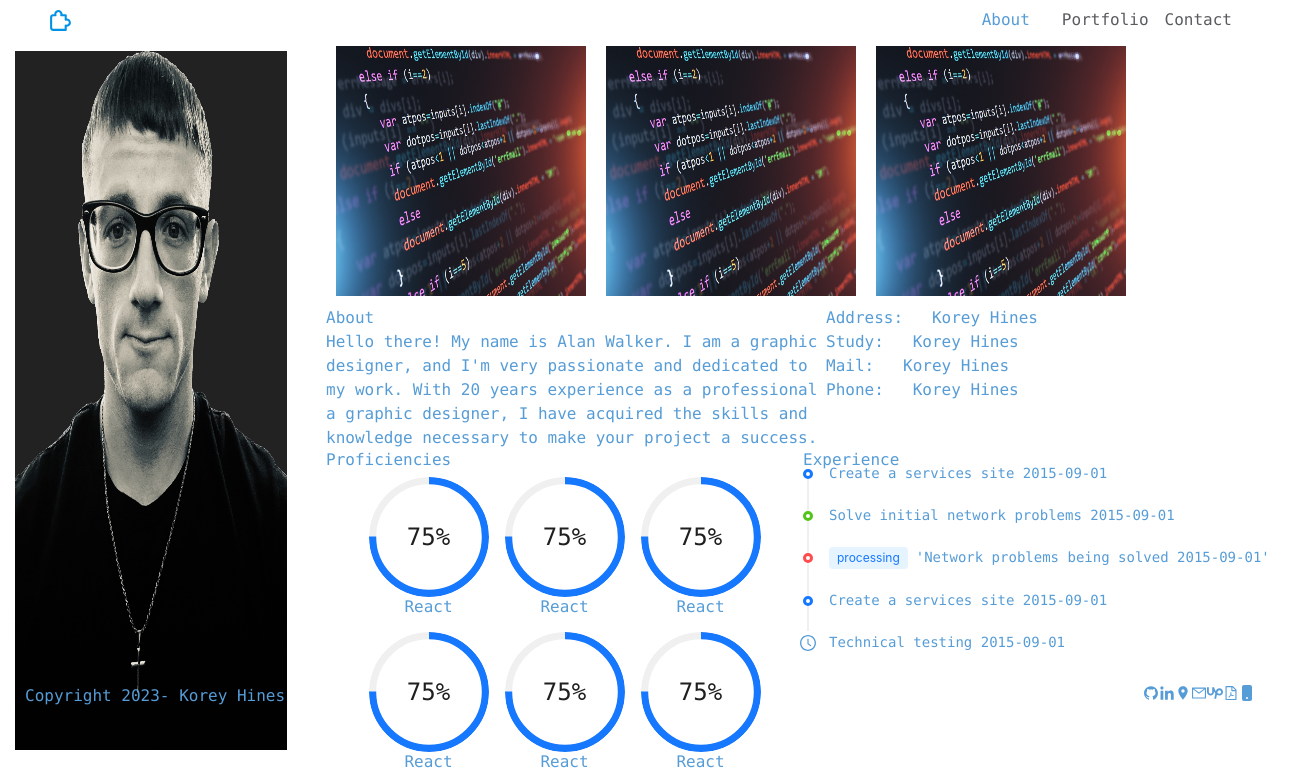
Repository: devkthines/next-portfolio-v2
Page: /about
These files come from the project's save history. The page is drawn as it stood at one moment and after a run of saves; the edit follows.
The browser window is 1280 px wide. The page is 1292 px wide, so the pictures cover 1292 px, including what lies to the right of the window. The pictures show the whole page.
The project was rebuilt for these pictures with package versions that can differ from the ones it lists, and the page was loaded fresh each time. The framework's server and built-in components were replaced by stand-ins that run in the browser. Also part of the build but not shown: next.config.js.

Above is the page before, as saved 2023-09-25 22:34:18.

### src/app/layout.tsx
import 'bootstrap/dist/css/bootstrap.css';
import './globals.css'
import '../../css/style.css'
import '../../css/mobile.css'
import type { Metadata } from 'next'
import { Inter } from 'next/font/google'
import TopNav from './components/topNav'
import Footer from './components/footer'
import BottomNav from './components/bottomNav'
// Put any other imports below so that CSS from your
// components takes precedence over default styles.
const inter = Inter({ subsets: ['latin'] })

export const metadata: Metadata = {
  title: "&lt;Korey ❤️ Coding/&gt;",
  description: 'Generated by create next app',
  icons: '/puzzle-piece.svg'
}

export default function RootLayout({
  children,
}: {
  children: React.ReactNode
}) {
  return (
    <html lang="en">
      <head>
        <link rel="shortcut icon" href="/puzzle-piece.svg" type="image/x-icon" />
      </head>
      <body className={inter.className}>
        <TopNav />
        {children}
        <Footer />
        <BottomNav />
      </body>
    </html>
  )
}

### src/app/about/page.js
'use client'
import Container from 'react-bootstrap/Container';
import Row from 'react-bootstrap/Row';
import Col from 'react-bootstrap/Col';
import Button from 'react-bootstrap/Button';
import Card from 'react-bootstrap/Card';
import { Progress, Space } from 'antd';
import { ClockCircleOutlined } from '@ant-design/icons';
import { Timeline } from 'antd';
import Image from 'next/image';
import { Descriptions } from 'antd';
import { Divider, Tag } from 'antd'
import { CaretRightOutlined } from '@ant-design/icons'
const items = [
  {
    key: '1',
    label: 'Name',
    children: 'Zhou Maomao',
  },
  {
    key: '2',
    label: 'Telephone',
    children: '209-366-9363',
  },
  {
    key: '3',
    label: 'Study',
    children: 'Software Engineering',
  },
  {
    key: '4',
    label: 'email',
    children: 'dev.kthines@gmail.com',
  },
  {
    key: '5',
    label: 'Address',
    children: 'Lodi, CA',
  },
];




export default function About() {

  return (
    <div id='about'>

      <Row>

        <Col xs={3} id='firstCol' className='d-flex align-items center justify-content-center'>
          <img variant="top" id='aboutImg' src='/images/IMG-update.jpg' /> </Col>
        <Col xs={9}>
          <div>
            <div id='aboutImgs' className='d-flex'>
              <img className='aboutImgs' src="/images/webstorm-vs-vscode.jpeg" alt="" />
              <img className='aboutImgs' src="/images/webstorm-vs-vscode.jpeg" alt="" />
              <img className='aboutImgs' src="/images/webstorm-vs-vscode.jpeg" alt="" />
            </div>
            <div className='d-flex'>
              <div id='abouttext'>
                <span className='spanabout'>About</span>
                <p>Hello there! My name is Alan Walker. I am
                  a graphic designer, and I'm very passionate and dedicated to my work.
                  With 20 years experience as a professional a graphic designer,
                  I have acquired the skills and knowledge necessary to make your project a success.</p>
              </div>
                <ul>
                <li>Address: &nbsp;  Korey Hines</li>
                <li>Study: &nbsp;  Korey Hines</li>
                <li>Mail: &nbsp;  Korey Hines</li>
                <li>Phone: &nbsp;  Korey Hines</li>
                </ul>
            </div>
            <div id='' className='d-flex'>
              <div id='progress'>
                <h1>Proficiencies</h1>
                <div className='d-flex justify-content-center'>
                  <div className='text-center m-2'><Progress strokeLinecap="butt" type="circle" percent={75} /><h6>React</h6></div>
                  <div className='text-center m-2'><Progress strokeLinecap="butt" type="circle" percent={75} /><h6>React</h6></div>
                  <div className='text-center m-2'><Progress strokeLinecap="butt" type="circle" percent={75} /><h6>React</h6></div>
                </div>
                <div className='d-flex justify-content-center'>
                  <div className='text-center m-2'><Progress strokeLinecap="butt" type="circle" percent={75} /><h6>React</h6></div>
                  <div className='text-center m-2'><Progress strokeLinecap="butt" type="circle" percent={75} /><h6>React</h6></div>
                  <div className='text-center m-2'><Progress strokeLinecap="butt" type="circle" percent={75} /><h6>React</h6></div>
                </div>
              </div>
              <div id='timeline'>
                <h1>Experience</h1>
                <Timeline
                  // mode="alternate"
                  items={[
                    {
                      children: 'Create a services site 2015-09-01',
                    },
                    {
                      children: 'Solve initial network problems 2015-09-01',
                      color: 'green',
                    },
                    {
                      color: 'red',
                      children: <><Tag bordered={false} color="processing">
                        processing
                      </Tag>'Network problems being solved 2015-09-01'</>,
                    },
                    {
                      children: 'Create a services site 2015-09-01',
                    },
                    {
                      dot: <ClockCircleOutlined style={{ fontSize: '16px' }} />,
                      children: 'Technical testing 2015-09-01',
                    },
                  ]}
                />
              </div>
              <div>
                </div>
                </div>
           </div>
              </Col>


            </Row>

          </div>
          )
}

### css/style.css
* {
    box-sizing: border-box;
    margin: 0;
    padding: 0;
    font-family: Consolas, "Courier New", monospace;
    /* background-color: #222222; */
    color: #569cd6;

}

body {
    background-color: white;
}

.infoSection {
    /* width: 80vw; */
    height: 90vh;
    /* display: flex; */
    /* justify-content: center; */
    /* margin-bottom: 20vh; */
    background-color: #222222;
    border-bottom: 3px solid #569cd6;
}

#infoCol {
    display: flex;
    justify-content: center;
}

.aboutSection {
    /* width: 80vw; */
    padding-top: 100px;
    /* height: 70vh; */
    background: linear-gradient(#222222, rgb(24, 24, 24));
}

#portrait {
    width: 40vw;
    height: 80vh;
    /* border-radius: 0 0 2rem 2rem; */
}

#portraitCol {
    display: flex;
    justify-content: center;
}

#portrait:hover {
    transform: rotateX(180deg);
}

.imgTest {
    margin: 10px;
}

.imgTest:active {
    flex-grow: 10000;
    transform: scale(1);

    max-width: 600px;
    margin: 0px;
    border-radius: 40px;

    background-size: auto 100%;
}

.tab-content {
    height: 100% !important;
    margin-left: 25% !important;
}

/* .color-change{
    background-color: greenyellow;
} */
.noShow {
    display: none;
}

.buttonShow {
    display: block;
}

#tile1 {
    width: 700px;
    height: 500px;
}

#experience {
    padding-top: 50px;
    height: auto;
}

main {
    display: flex;
    flex-direction: column;
    justify-content: center;
    align-items: center;
}

.middle {
    transition: .5s ease;
    opacity: 0;
    position: absolute;
    top: 50%;
    left: 50%;
    transform: translate(-50%, -50%);
    -ms-transform: translate(-50%, -50%);
    text-align: center;
}

#imageTile1 {
    position: relative;
    width: 40vw;
    height: 70vh;
}

#tile1 {
    width: 100%;
    height: 100%;
}

#imageTile1:hover #tile1 {
    opacity: 0.3;
}

#imageTile1:hover .middle {
    opacity: 1;
}

.text {
    background-color: #04AA6D;
    color: white;
    font-size: 16px;
    padding: 16px 32px;
}

#no-expand {
    display: none;

}

#expandIt {
    display: block;
}

.no-Display {
    display: none;
}

.okToDisplay {
    display: block;
}

a.nav-link {
    color: #569cd6;
}


#topNav {
    background-color: white;
    display: none;
    /* position: fixed; */
    /* top: 0; */
    width: 100%;
    height: 5vh;
}

#footer {
    display: flex;
    justify-content: space-between;
    padding: 0 25px;
}

#bottomNav {
    display: flex;
    position: fixed;
    bottom: 0;
    width: 100%;
    background-color: white;
    font-size: 16px;
}
#about{
    /* margin-top: 10vh; */
    height: 90vh;
    /* overflow: hidden; */
}

#aboutImg{
    width: 100%;
    height: auto;
    padding: 15px 15px 30px;
}
#firstCol
#aboutcard{
    box-shadow: 0 4px 6px rgba(0, 0, 0, .3);
    /* height: fit-content; */
    /* width: 400px; */

}
.interests{
    width: 200px;
    height: 300px;
}
.interestImg{
    width: 200px;
    height: 200px;
}
#abtTop{
    height: 45vh;
}
#abtBtm{
    height: 45vh;
}
#abtLeft{
    /* width: 25vw; */
}
#abtRight{
    /* width: 75vw; */
}
.aboutImgs{
    width: 250px;
    height: 250px;
    margin: 10px;
}
#aboutImgs{

}
.spanabout ::after{
margin-left: 25px;
width: 5000px;
height: 1px;
background-color: #7d7789;
left: 100%;
top: 50%;
}
#abouttext{
width: 500px;
}
#progress{
width: 500px;

}
#timeline{
    width: 500px;
}

### css/mobile.css
@media screen and (min-width: 640px){

    /* background-color: green!important; */
    #portrait{
        width: 500px;
        height: 500px;
        /* border-radius: 0 0 2rem 2rem; */

    }

main{
    /* color: white!important; */
}
}
@media screen and (min-width: 768px){
#portraitCol{

    justify-content: start;
}
#infoCol{
    justify-content: end;
    /* text-align: end; */
}
}
@media screen and (min-width: 1024px){
    #portrait{
        width: 600px;
        height: 600px;
        /* border-radius: 0 0 2rem 2rem; */
    }
    #topNav{
        display:flex ;
    }
    #bottomNav{
        display: none;
    }
}
@media screen and (min-width: 1280px){

}
@media screen and (min-width: 1536px){

}

### src/app/components/topNav.js
'use client';
import Nav from 'react-bootstrap/Nav';
import Image from 'next/image';


export default function TopNav(){

    return(
        <header>
        {/* <Navbar id='topNav' className={`${color ? 'color-change' : ''}`} sticky='top' expand="lg" > */}

        <Nav id='topNav' variant="underline" defaultActiveKey="/home" className='d-flex justify-content-between'>
       <div className='ms-5'><Nav.Item>
          <Nav.Link href="/"><Image width={25} height={25} id='navbrand' src="/puzzle-piece.svg" alt="" /></Nav.Link>
        </Nav.Item></div>
        <div className='d-flex me-5'><Nav.Item className='px-3'>
          <Nav.Link href="/about">About</Nav.Link>
        </Nav.Item>
        <Nav.Item className='px-3'>
          <Nav.Link eventKey="disabled" disabled>
            Portfolio
          </Nav.Link>
        </Nav.Item>
        <Nav.Item>
          <Nav.Link eventKey="disabled" disabled>
            Contact
          </Nav.Link>
        </Nav.Item>
        </div>
      </Nav>
      </header>
    )
} ;

### src/app/components/footer.js
'use client'

import OverlayTrigger from 'react-bootstrap/OverlayTrigger';
import Card from 'react-bootstrap/Card';
import { AiFillGithub } from 'react-icons/ai';
import { GrLinkedinOption } from 'react-icons/gr';
import { MdVolunteerActivism } from 'react-icons/md';
import { IoLogoCss3 } from 'react-icons/io';
import { IoLogoJavascript } from 'react-icons/io';
import { CgGym } from 'react-icons/cg';
import { AiOutlineMail } from 'react-icons/ai';
import { AiOutlineFilePdf } from 'react-icons/ai';
import { BsFillPhoneFill } from 'react-icons/bs';
import { MdLocationOn } from 'react-icons/md';
import { SiUpwork } from 'react-icons/si';
// import PicOfMe from '/images/image_67220481.JPG'
import Container from 'react-bootstrap/Container';
import Row from 'react-bootstrap/Row';
import Col from 'react-bootstrap/Col';
import { useEffect } from 'react';
import Tooltip from 'react-bootstrap/Tooltip';
import $ from 'jquery'

 export default function Footer(){
    const btnName = {
        'gitHub': {
          'id': 1,
          "placement": "bottom",
          "info": "gitHub",
          "icon": <a href="https://github.com/devkthines" target='_blank'>
            <button className='quickLinks'><AiFillGithub /></button></a>
        },
        'linkedIn': {
          'id': 2,
          "placement": "bottom",
          "info": "linkedIn",
          "icon": <a href="https://www.linkedin.com/in/korey-hines-17b0a9263" target='_blank'><button className='quickLinks'><GrLinkedinOption />
          </button></a>
        },
        'gMaps': {
          'id': 3,
          "placement": "bottom",
          "info": "gMaps",
          "icon": <a href="https://goo.gl/maps/BovFkBEjUMQ6VBob9" target='_blank'>
            <button className='quickLinks'><MdLocationOn /></button></a>
        },
        'gMail': {
          'id': 4,
          "placement": "bottom",
          "info": "gMail",
          "icon": <a href="mailto:dev.kthines@gmail.com"><button className='quickLinks'><AiOutlineMail /></button></a>
        },
        'upWork': {
          'id': 5,
          "placement": "bottom",
          "info": "upWork",
          "icon": <a href="https://www.upwork.com/freelancers/~01ae4feb16c6fa7213?viewMode=1" target='_blank'>
            <button className='quickLinks'><SiUpwork /></button></a>
        },
        'redPDF': {
          'id': 6,
          "placement": "bottom",
          "info": "resume",
          "icon": <a className='aLink' target="_blank" href="/files/hinesResume.pdf">
            <button className='quickLinks'><AiOutlineFilePdf /></button></a>
        },
        'phone': {
          'id': 7,
          "placement": "bottom",
          "info": "phone",
          "icon": <a href="tel:2093669363" >  <button className='quickLinks'><BsFillPhoneFill /></button></a>
        }
      }
    return(
        <>
        <footer id='footer'><p>Copyright 2023- Korey Hines</p>
       <div> {Object.entries(btnName).map(([k, v]) => (
                <div className='d-inline-block' key={v.id}>
                  <OverlayTrigger
                    trigger="hover"
                    key={v.id}
                    placement={v.placement}
                    overlay={

                      <Tooltip id={`tooltip-${v.placement}`}>
                        {v.info}
                      </Tooltip>
                    }
                  >
                    {v.icon}
                  </OverlayTrigger>
                </div>))}
</div>
        </footer>
        </>
    )
 }

### src/app/components/bottomNav.js
'use client'
import Nav from 'react-bootstrap/Nav';
import Image from 'next/image';
export default function BottomNav(){

    return(
        <>
        <Nav id='bottomNav' className="justify-content-center" activeKey="/home">
        <Nav.Item>
          <Nav.Link href="/"><Image width={25} height={25} id='navbrand' src="/puzzle-piece.svg" alt="" /></Nav.Link>
        </Nav.Item>
        <Nav.Item>
          <Nav.Link eventKey="link-1">About</Nav.Link>
        </Nav.Item>
        <Nav.Item>
          <Nav.Link eventKey="link-2">Portfolio</Nav.Link>
        </Nav.Item>
        <Nav.Item>
          <Nav.Link eventKey="disabled" disabled>
            Contact
          </Nav.Link>
        </Nav.Item>
      </Nav>
        </>
    )
}

Loaded but not shown: src/app/globals.css (common file); tailwind.config.ts (common file)

After the next 2 saves:
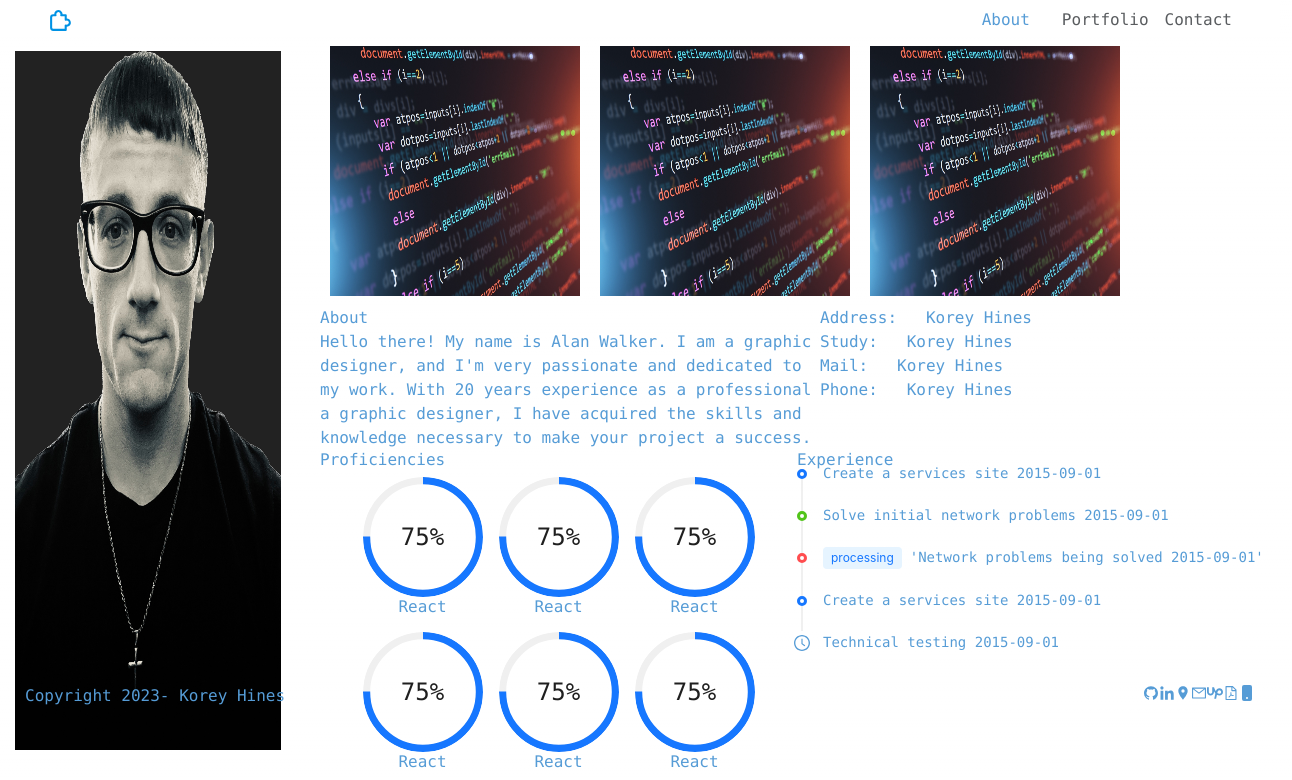
The 2 saves are shown as one change because they came seconds apart.
The last was saved 8 s later.
--- a/css/style.css
+++ b/css/style.css
@@ -190,7 +190,10 @@ a.nav-link {
     height: auto;
     padding: 15px 15px 30px;
 }
-#firstCol
+#firstCol{
+    width: 25vw;
+    height: ;
+}
 #aboutcard{
     box-shadow: 0 4px 6px rgba(0, 0, 0, .3);
     /* height: fit-content; */
